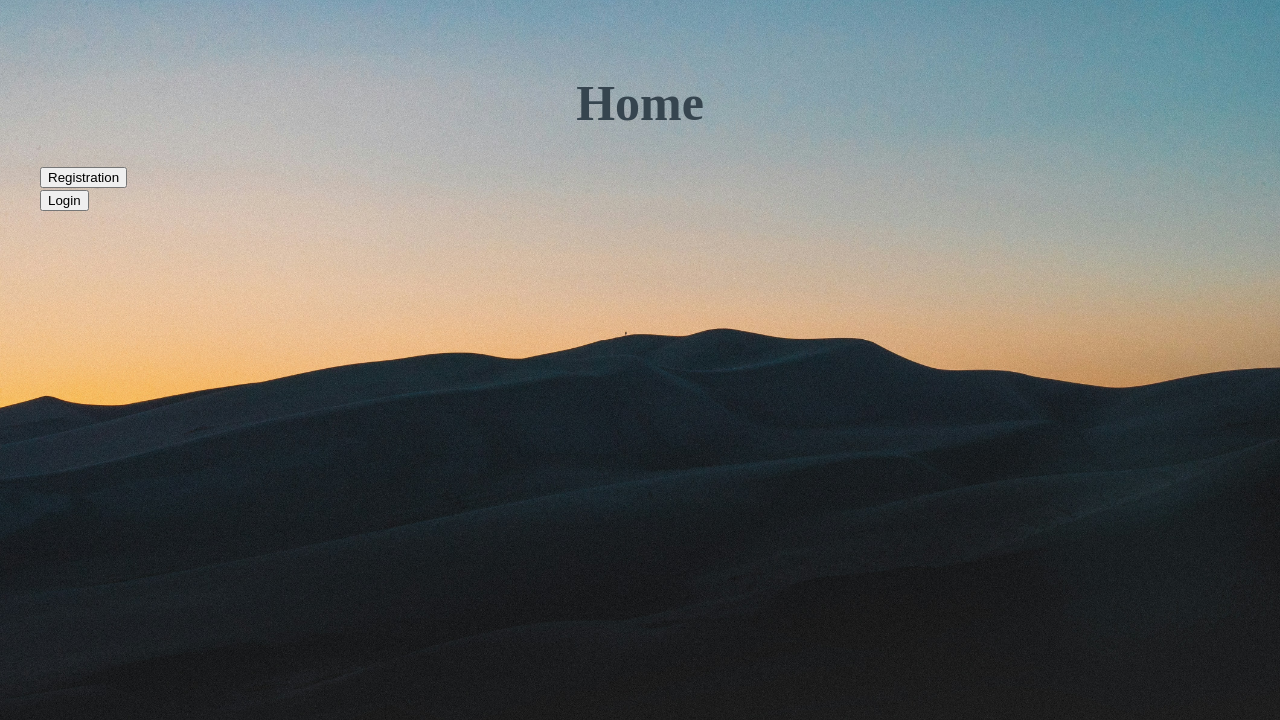
Repository: aboli-vyas/Servlet_Projects
Page: http://localhost/Sevlet_Project/
These files come from the project's save history. The page is drawn as it stood at one moment and after the next save; the edit follows.
The browser window is 1280 px wide. The pictures show the whole page.
The page is served by Tomcat 9. Other server files are loaded and not shown.

Above is the page before, as saved 2025-06-09 15:09:07.

### Sevlet_Project/src/main/webapp/index.html
<!DOCTYPE html>
<html>
<head>
<meta charset="UTF-8">
<title>Insert title here</title>
<link rel="stylesheet" href="style3.css">
</head>
<body>

<h1>Home</h1>
<div class="button1">
<button>Registration</button>
<button>Login</button>
</div>
</body>
</html>

### Sevlet_Project/src/main/webapp/style3.css
body {
    font-family: 'Segoe UI', Tahoma, Geneva, Verdana, sans-serif;
    background: linear-gradient(120deg, #f6f9fc, #e0f7fa);
    background-image: url("Images/bg3.jpg");
    background-size: cover;
    background-position: center;
    background-repeat: no-repeat;
    background-attachment: fixed;
    margin: 0;
    padding: 40px;
}
h1{
	color: 	#36454F;
	font-family: "Font Name", fallback-font, generic-family;
	font-size: 50px;
	text-align: center;
}
.button1{
	width: 70px;

}

After the next save:
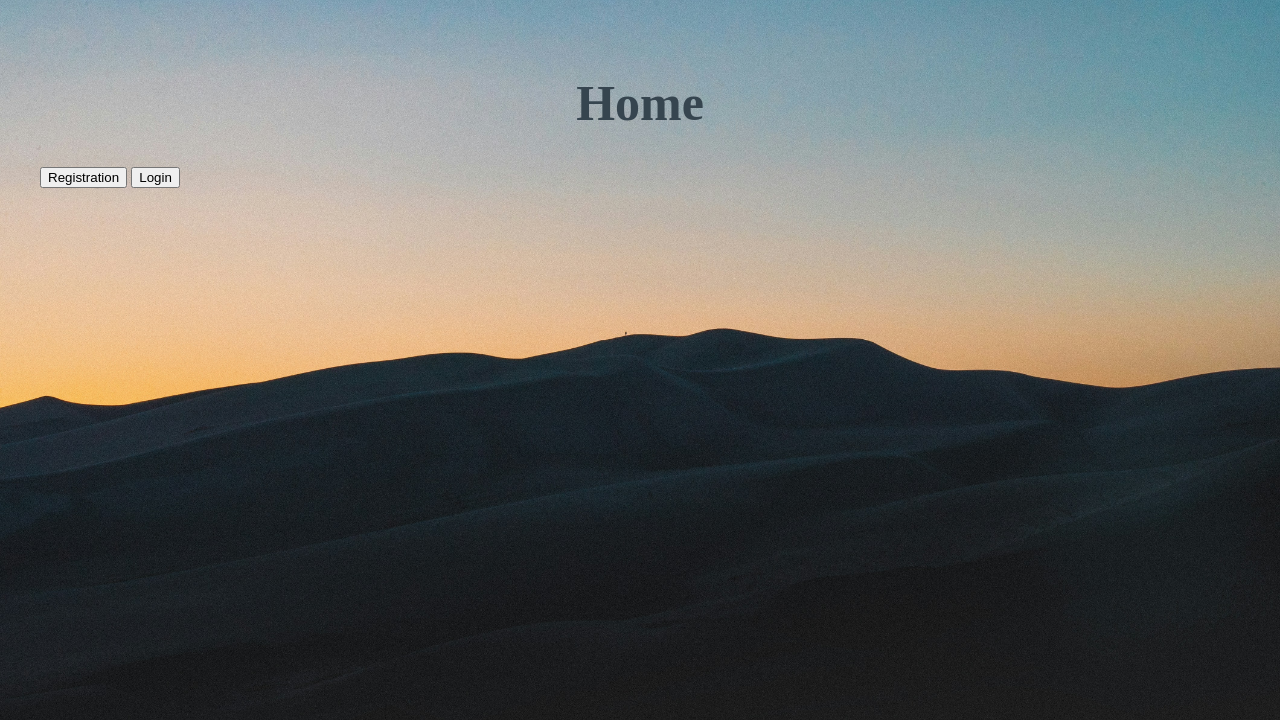
Saved 23 s later.
--- a/Sevlet_Project/src/main/webapp/style3.css
+++ b/Sevlet_Project/src/main/webapp/style3.css
@@ -16,6 +16,6 @@
 	text-align: center;
 }
 .button1{
-	width: 70px;
+
 
 }

After the save that followed:
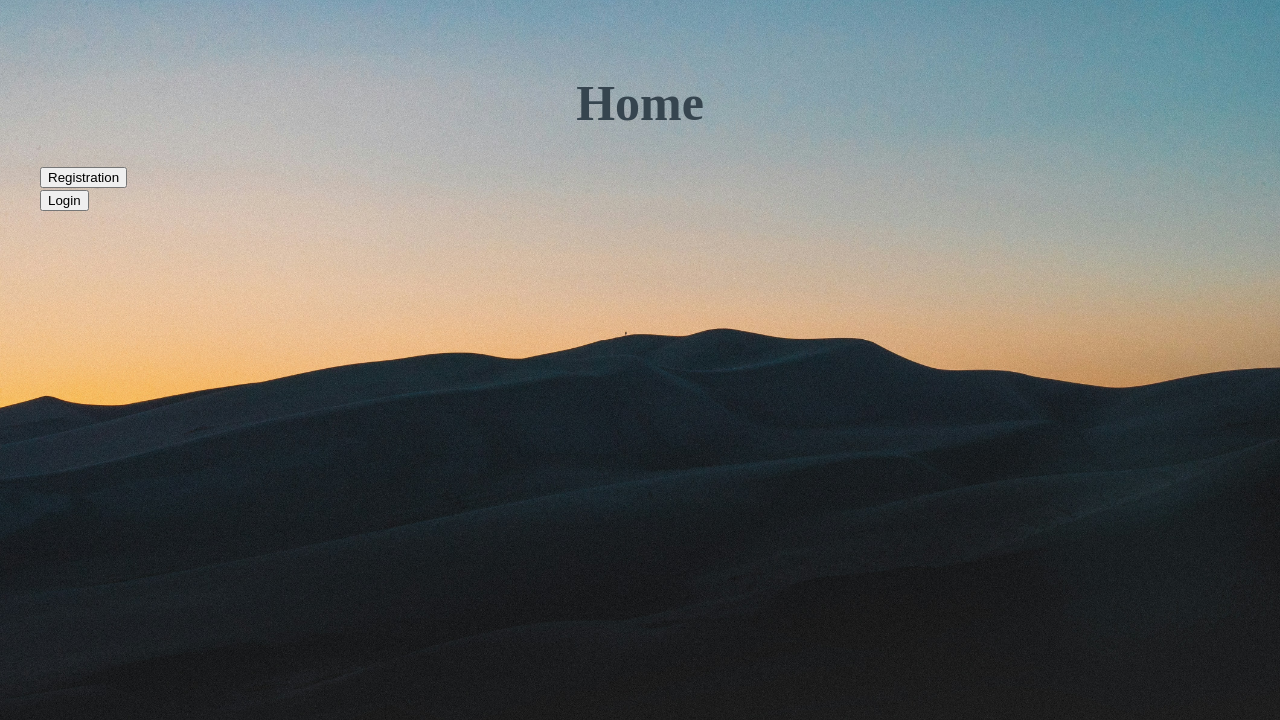
Saved 109 s later.
--- a/Sevlet_Project/src/main/webapp/style3.css
+++ b/Sevlet_Project/src/main/webapp/style3.css
@@ -16,6 +16,7 @@
 	text-align: center;
 }
 .button1{
-
+	 width: 10px;
+     height: 10px;
 
 }
